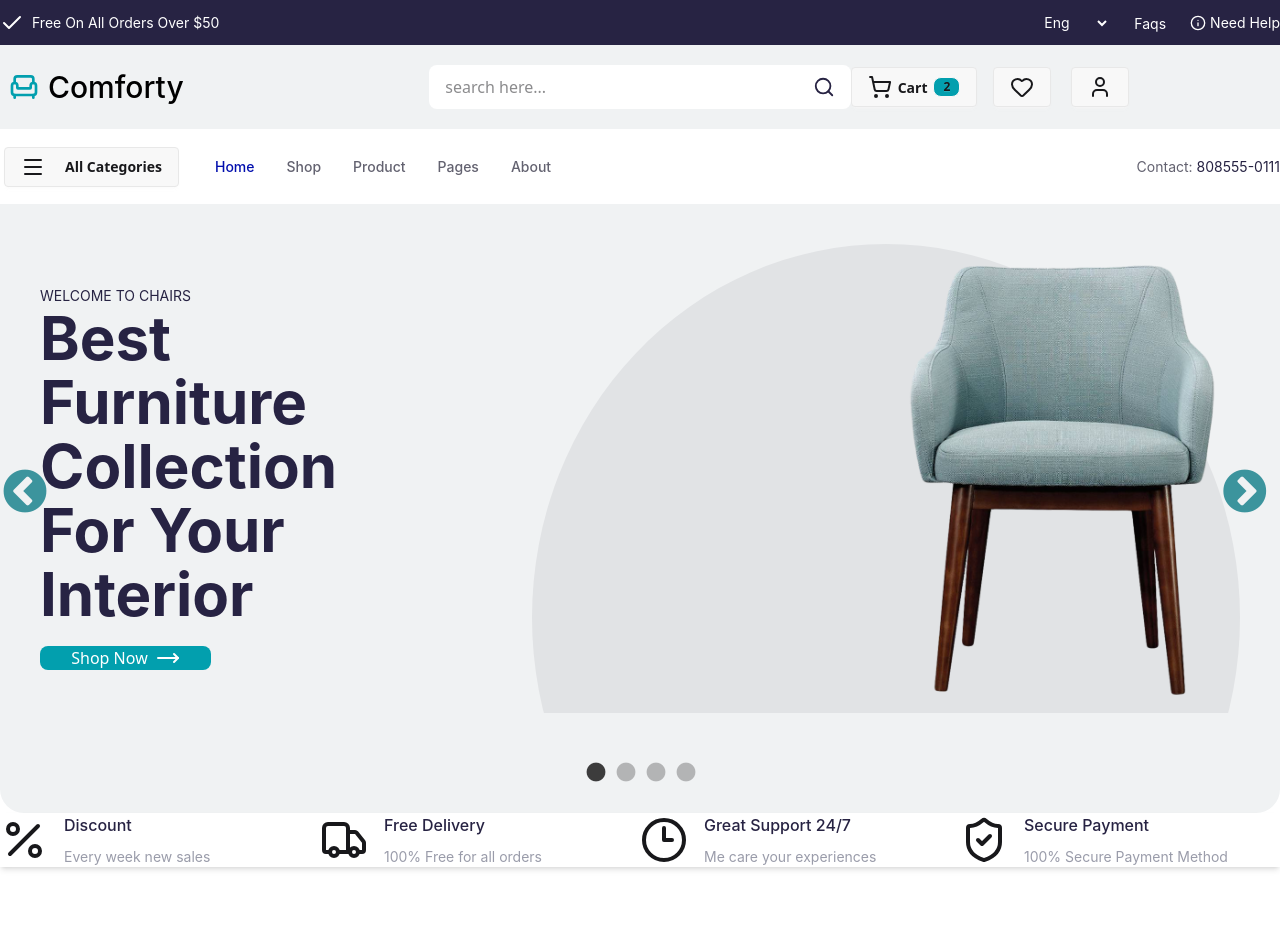
Repository: Neda0o0/store-template-website
Page: /
The author's editor kept a copy of each file at every save. The page is drawn from the files as they stood at one save, then again after the next save.
The browser window is 1280 px wide. The pictures show the whole page.
The project was rebuilt for these pictures with package versions that can differ from the ones it lists, and the page was loaded fresh each time. Also part of the build but not shown: vite.config.js, src/Pages/Auth/Auth.jsx, src/Pages/Auth/Login/Login.jsx, src/Pages/Auth/Register/Register.jsx, src/Pages/Error/Error.jsx, src/AuthCheck/AuthCheck.jsx.

Above is the page before, as saved 2025-10-25 10:30:38.

After the next save:
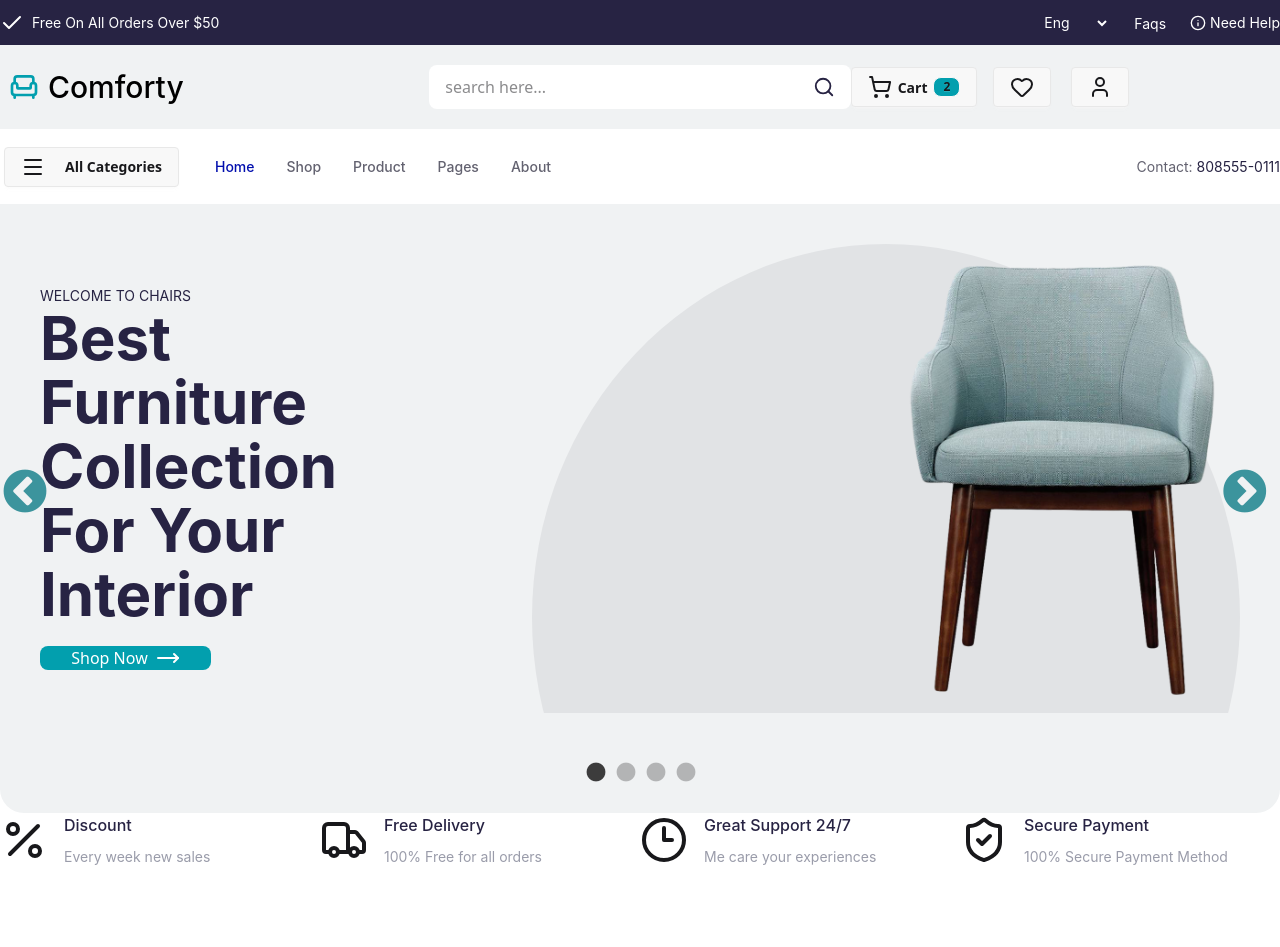
Saved 116 s later.
--- a/src/Pages/Home/Home.jsx
+++ b/src/Pages/Home/Home.jsx
@@ -8,7 +8,7 @@
         <Banner></Banner>
       </div>
       {/* delivery component */}
-      <div className=" mb-20 w-full min-h[#150px] shadow-md bg-white ">
+      <div className=" mb-20 w-full min-h[#150px] bg-white ">
         <Delivery></Delivery>
       </div>
     </div>
